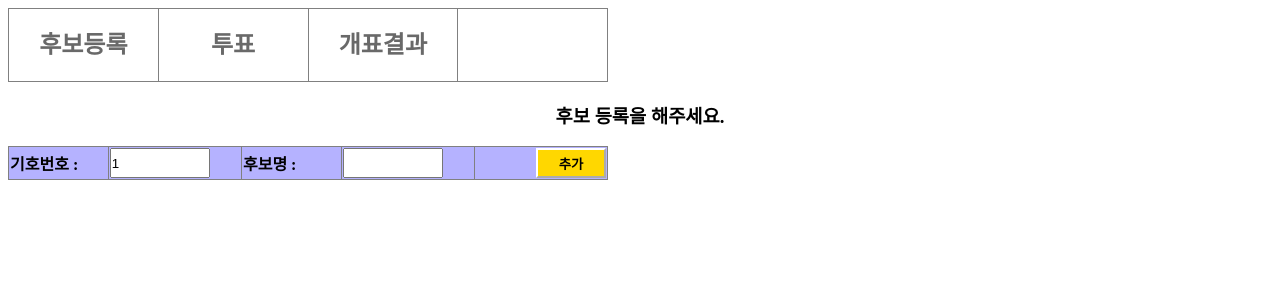
Repository: noheul1030/KOPO-HTML
Page: http://localhost/Tupyo/Tupyo/A_01.jsp
The author's editor kept a copy of each file at every save. The page is drawn from the files as they stood at one save, then again after the next save.
The browser window is 1280 px wide. The pictures show the whole page.
The page is served by Tomcat 9. Queries for data that is not in the repository find no rows.

Above is the page before, as saved 2023-06-03 15:34:30.

### Tupyo/src/main/webapp/Tupyo/A_01.jsp
<meta http-equiv="Content-Type" content="text/html; charset=utf-8" />

<%@ page language="java" contentType="text/html; charset=UTF-8" %>

<%@ page import="java.util.*" %> <!--java import-->
<%@ page import="java.io.*"%> <!--java import-->
<%@ page import="java.sql.*"%> <!--java import-->

<html>
    <head>
    	<style>
    		a {text-decoration-line: none;  color: #696969;}
    		h2 {margin-top: 15px; text-align: center;}
    		.fourth {
			  background: gold;
			  border-color: white;
			  color: black;
			  background-image: linear-gradient(45deg, yellow 50%, transparent 50%);
			  background-position: 100%;
			  background-size: 400%;
			  transition: background 300ms ease-in-out;
			}

			.fourth:hover {
			  background-position: 0;
			}
    	</style>
    </head>
    <body>
<%
   	// DB연동
        Class.forName("com.mysql.jdbc.Driver");
		//Connection conn = DriverManager.getConnection("jdbc:mysql://192.168.23.60:3307/kopo11","root","shdmf1030@");
		Connection conn = DriverManager.getConnection("jdbc:mysql://localhost:3306/noheul","root","shdmf1030@");
        Statement stmt = conn.createStatement();
		// 테이블 생성, 이름,학번,국어,영어,수학 점수 컬럼 생성
        stmt.execute("create table IF not exists TupyoDB("
        + "name varchar(20)," // 타입 char
        + "id int not null primary key) default charset = utf8;"); // 타입 int utf8로 작성 디폴트

        // ID칼럼의 전체 count 조회
		ResultSet total = stmt.executeQuery("select count(*) from TupyoDB where id;");
		int totalcnt = 0;
		while(total.next()){
			totalcnt = total.getInt(1);
		}

		// ID 최소값은 1
		int minID = 1;

		// ID칼럼의 count가 0일때(아직 아무 값도 안들어왔다는 뜻)
		if(totalcnt == 0){
			ResultSet idcount = stmt.executeQuery("select min(id) as minNum from TupyoDB where (id+1) not in (select id from TupyoDB);");

			while(idcount.next()){
				minID = idcount.getInt(1)+1;
			}
		}else{	// ID칼럼의 count가 0이 아닐때(값이 들어있다는 뜻)
			// ID칼럼의 전체 값 조회
			ResultSet idcount2 = stmt.executeQuery("select id from TupyoDB");

			while (idcount2.next()) {
			    int currentID = idcount2.getInt("id"); // 현재 가져온 id 값
				// ID최소값과 currentID의 값이 일치하면 순서대로 있는 ID값 이므로 통과
			    if (minID == currentID) {
			    	minID++; // 다음 기대하는 id 값으로 업데이트
			    } else { // 칼럼 순회 중간에 빠진 값을 찾았으므로 break;
			        break;
			    }
			}
		}

%>
	  	<table cellspacing="1" width="600" border="1" align="" style="border-collapse: collapse;" >
    		<tr>
    			<td width = 25%><a align = center id="update" href="A_01.jsp" target="content"><h2>후보등록</h2></a></td>
    			<td width = 25%><a align = center id="vote" href="B_01_H.jsp" target="content"><h2>투표</h2></a></td>
    			<td width = 25%><a align = center id="result" href="C_01_H.jsp" target="content"><h2>개표결과</h2></a></td>
    			<td width = 25%></td>
    		</tr>
		</table>
    	<h3 align=center>후보 등록을 해주세요.</h3>
		<form method = 'post'>
		<table cellspacing="1" width="600" border="1" align="" style="border-collapse: collapse;" >
			<tr>
				<td bgcolor=#B5B2FF width=15% ><strong>기호번호 :</strong></td>

				<td bgcolor=#B5B2FF align=left width=20% ><input type='text' name='TupyoID' value='<%=minID%>'readonly style="width: 100px; height: 30px; padding: 0px;"></td>

				<td bgcolor=#B5B2FF width=15% ><strong>후보명 :</strong></td>

				<td bgcolor=#B5B2FF align=left width=20% ><input type='text' pattern="^[가-힣]+$" name="name" value='' title="한글만 입력하세요." required style="width: 100px; height: 30px; padding: 0px;"></td>

				<td bgcolor=#B5B2FF align=right width = 20%>
  				<input class="fourth" type="submit" value="추가" align=right style="width: 70px; height: 30px; padding: 0px;font-weight: bold;" formaction = 'A_03_H.jsp'></td>
			</tr>
		</table>
		</form>
    </body>
</html>

After the next save:
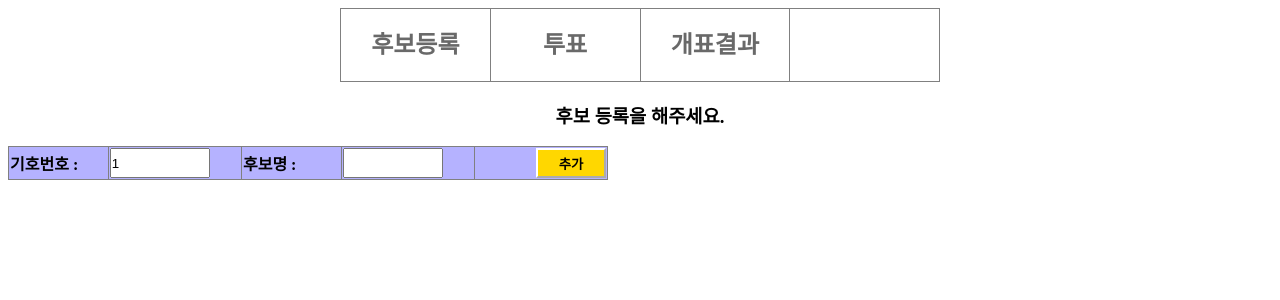
Saved 53 s later.
--- a/Tupyo/src/main/webapp/Tupyo/A_01.jsp
+++ b/Tupyo/src/main/webapp/Tupyo/A_01.jsp
@@ -71,7 +71,7 @@
 		}
 
 %>
-	  	<table cellspacing="1" width="600" border="1" align="" style="border-collapse: collapse;" >
+	  	<table cellspacing="1" width="600" border="1" align="center" style="border-collapse: collapse;" >
     		<tr>
     			<td width = 25%><a align = center id="update" href="A_01.jsp" target="content"><h2>후보등록</h2></a></td>
     			<td width = 25%><a align = center id="vote" href="B_01_H.jsp" target="content"><h2>투표</h2></a></td>
